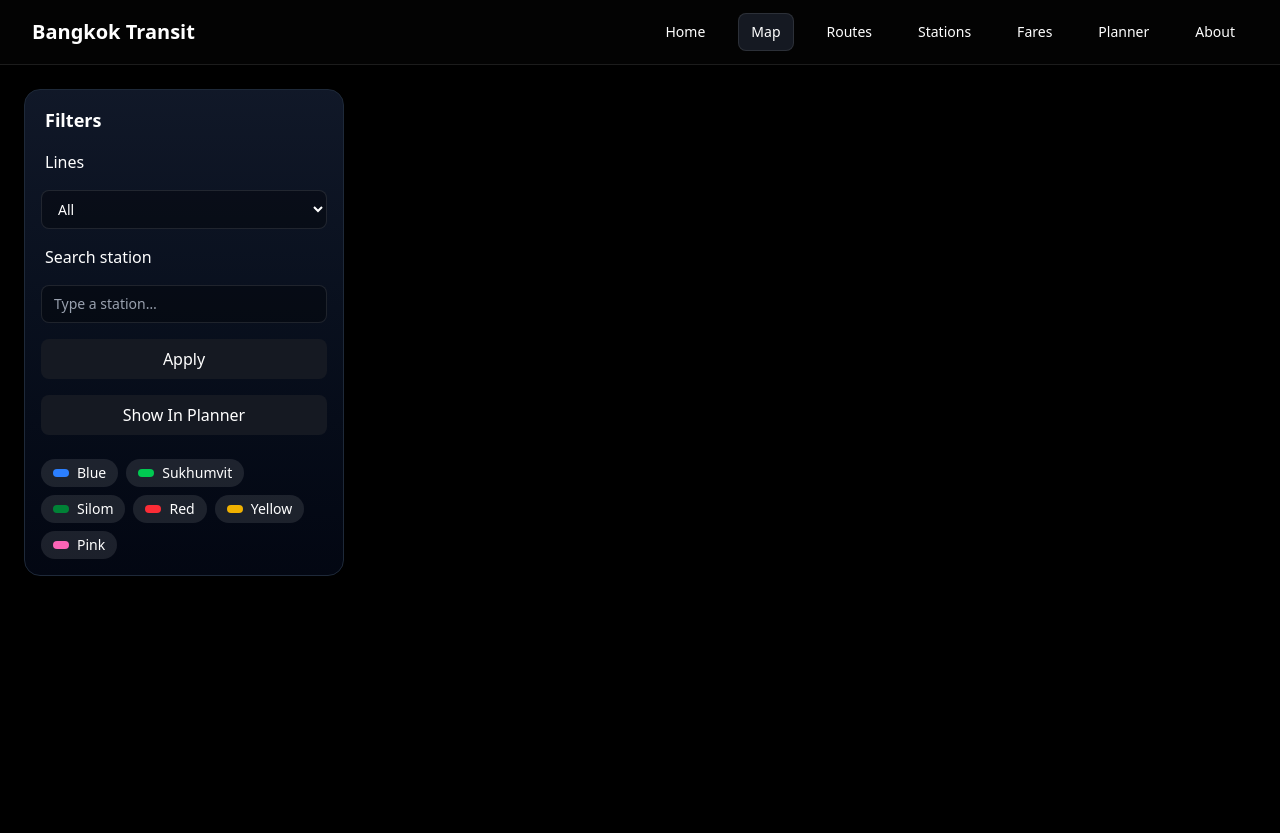
Repository: pyaestk/Bangkok-transit-map
Page: /map
The author's editor kept a copy of each file at every save. The page is drawn from the files as they stood at one save, then again after the next save.
The browser window is 1280 px wide. The pictures show the whole page.
The project was rebuilt for these pictures with package versions that can differ from the ones it lists, and the page was loaded fresh each time. Also part of the build but not shown: vite.config.ts, src/pages/Home.tsx, src/pages/Planner.tsx, src/pages/Stations.tsx, src/pages/TrainRoutes.tsx, src/pages/Fares.tsx, src/pages/About.tsx.

Above is the page before, as saved 2025-10-04 10:30:47.

After the next save:
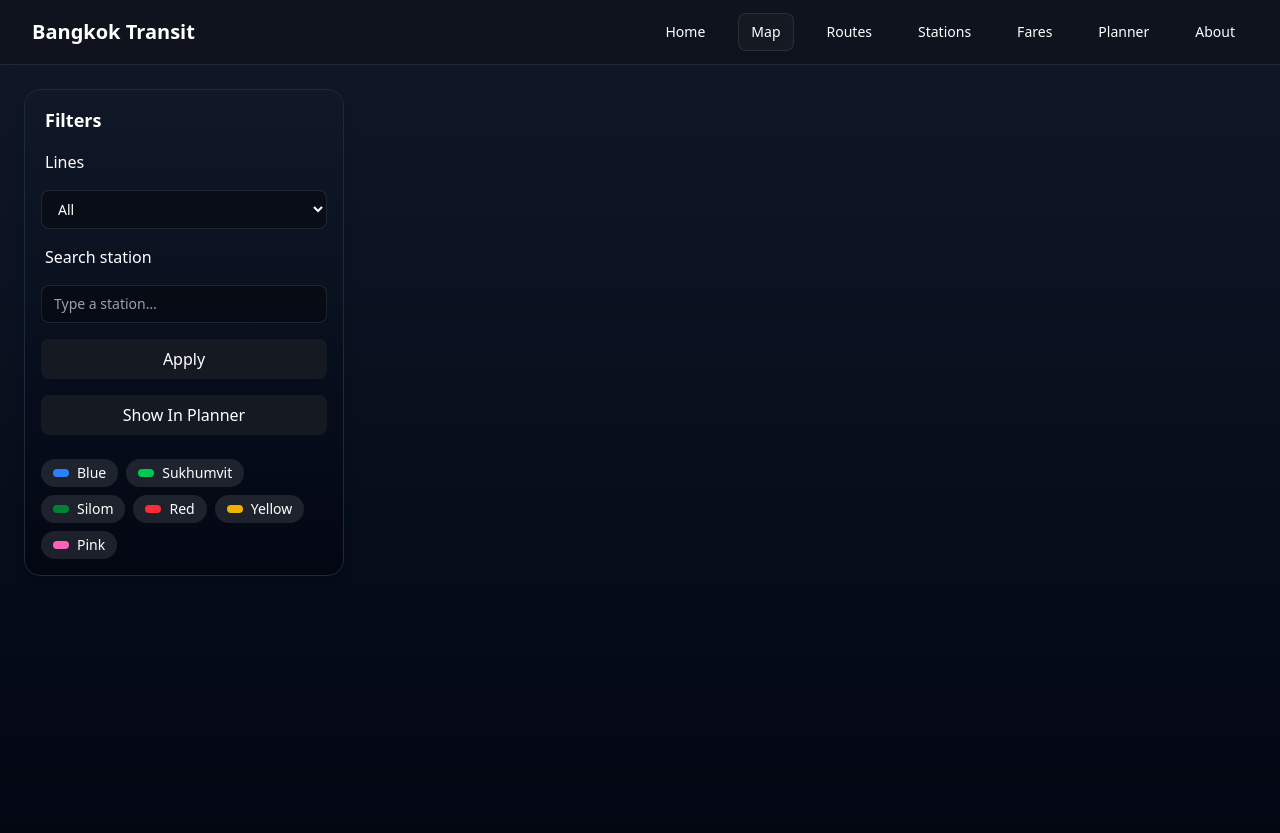
Saved 29 s later.
--- a/src/App.tsx
+++ b/src/App.tsx
@@ -12,7 +12,7 @@ import About from "./pages/About";
 
 function App() {
   return (
-    <div className="min-h-screen flex flex-col bg-black">
+    <div className="min-h-screen flex flex-col bg-gradient-to-b from-gray-900 to-gray-950">
       {/* Navbar at the top */}
       <NavBar />
 
